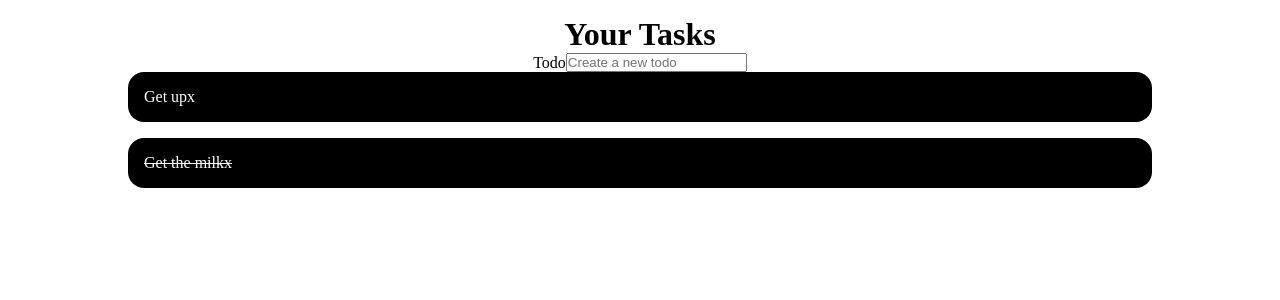
Repository: Heeeeeppo/todo-list
Page: / (app in frontend/)
The author's editor kept a copy of each file at every save. The page is drawn from the files as they stood at one save, then again after a run of saves.
The browser window is 1280 px wide. The pictures show the whole page.
The project was rebuilt for these pictures with package versions that can differ from the ones it lists, and the page was loaded fresh each time.

Above is the page before, as saved 2023-11-07 19:34:13.

### frontend/src/index.css
* {
  margin: 0;
  padding: 0;
}

.App {
  padding: 16px;
  width: 80%;
  margin: auto;
}

h1 {
  text-align: center;
}

.inputField {
  display: flex;
  width: 50%;
  /* margin: auto; */
  align-items: center;
  justify-content: center;
  margin: auto;
}

.todo {
  background-color: black;
  color: white;
  position: relative;
  padding: 16px;
  border-radius: 16px;
  display: flex;
  align-items: center;
  margin-bottom: 16px;
}

.completed {
  text-decoration: line-through;
}

### frontend/src/App.js
import { useState } from "react";

function App() {

    const [todos, setTodos] = useState([]);
    const [newTodo, setNewTodo] = useState("");

    function handleChange(event) {
        setNewTodo(event.target.value);
    }

    return (
        <div className="App">
            <h1>Your Tasks</h1>
            <div className="inputField">
                <label for="text">Todo</label>
                <input
                    type="text"
                    name="text"
                    onChange={handleChange}
                    value={newTodo}
                    placeholder="Create a new todo"
                />
            </div>

            <div className="todos">
                <div className="todo">
                    <div className="checkbox"></div>
                    <div className="text">Get up</div>
                    <div className="delete-todo">x</div>
                </div>

                <div className="todo completed">
                    <div className="checkbox"></div>
                    <div className="text">Get the milk</div>
                    <div className="delete-todo">x</div>
                </div>
            </div>
        </div>
    );
}

export default App;

Loaded but not shown: frontend/public/index.html (common file); frontend/src/index.js (common file)

After the next 2 saves:
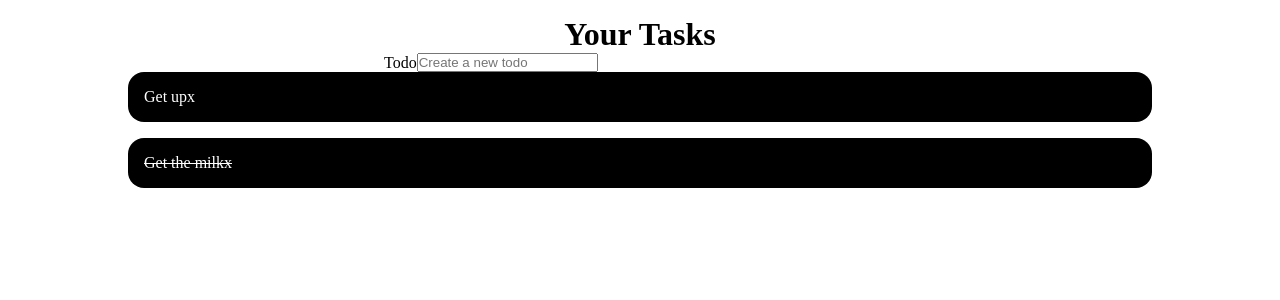
The 2 saves are shown as one change because they came seconds apart.
The last was saved 9 s later.
--- a/frontend/src/index.css
+++ b/frontend/src/index.css
@@ -16,9 +16,7 @@ h1 {
 .inputField {
   display: flex;
   width: 50%;
-  /* margin: auto; */
   align-items: center;
-  justify-content: center;
   margin: auto;
 }
 
